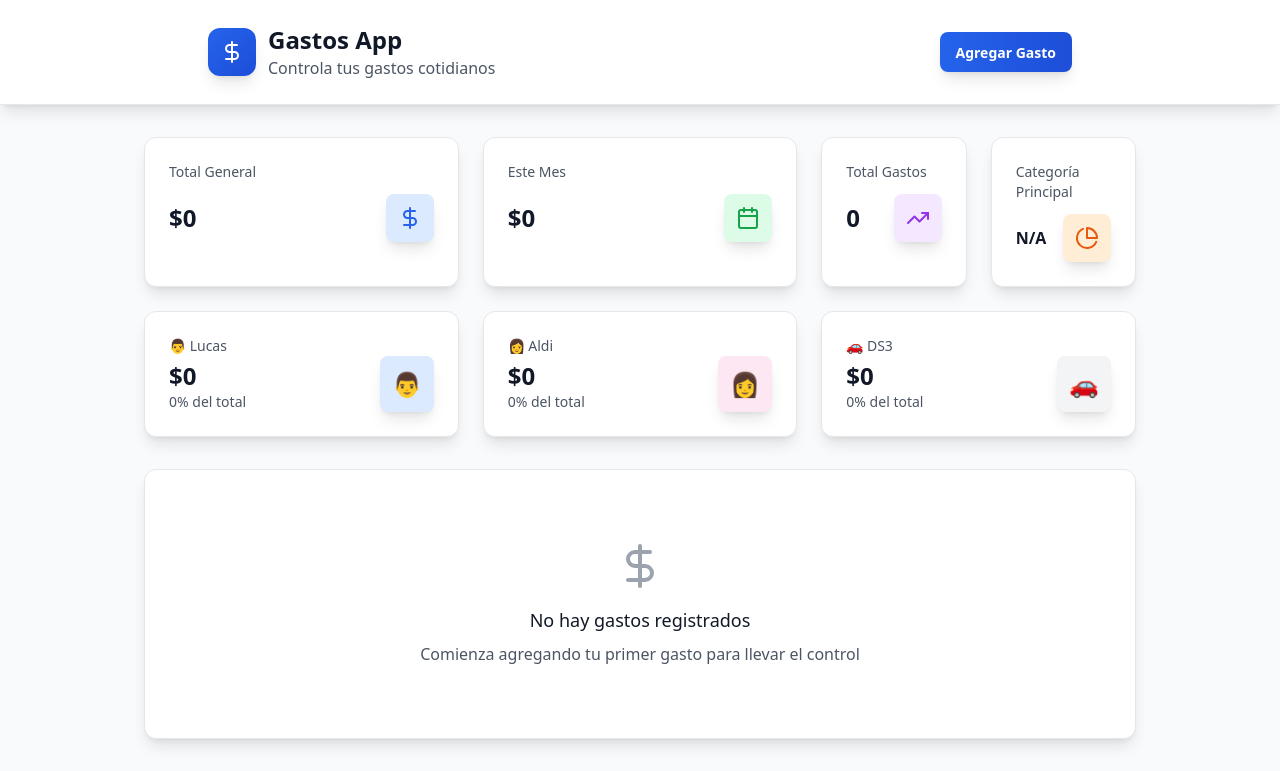
Repository: lucastenaglia/Gastosapp
Page: /
An editor plug-in stored every save of this project. The page is shown before and after the next save, followed by the edit.
The browser window is 1280 px wide. The pictures show the whole page.
The page's requests for data from a server got no answer. The project was rebuilt for these pictures with package versions that can differ from the ones it lists, and the page was loaded fresh each time. No one was signed in, and anything a server would have sent is missing. Also part of the build but not shown: vite.config.js, src/components/ExpenseForm.jsx.

Above is the page before, as saved 2025-08-13 18:55:31.

### index.html
<!DOCTYPE html>
<html lang="es">
  <head>
    <meta charset="UTF-8" />
    <link rel="icon" type="image/svg+xml" href="data:[embedded picture, 125 characters]" />
    <meta name="viewport" content="width=device-width, initial-scale=1.0" />
    <title>Gastos App - Control de Gastos Cotidianos</title>
  </head>
  <body>
    <div id="root"></div>
    <script type="module" src="/src/main.jsx"></script>
  </body>
</html>

### src/App.jsx
import { useState, useEffect } from 'react'
import Header from './components/Header'
import ExpenseForm from './components/ExpenseForm'
import ExpenseList from './components/ExpenseList'
import ExpenseSummary from './components/ExpenseSummary'
import { getExpenses, addExpense, updateExpense, deleteExpense } from './services/expenseService'

function App() {
  const [expenses, setExpenses] = useState([])
  const [isFormOpen, setIsFormOpen] = useState(false)
  const [loading, setLoading] = useState(true)
  const [error, setError] = useState(null)

  // Cargar gastos al iniciar la aplicación
  useEffect(() => {
    loadExpenses()
  }, [])

  // Cerrar modal con Escape
  useEffect(() => {
    const handleEscape = (e) => {
      if (e.key === 'Escape' && isFormOpen) {
        setIsFormOpen(false)
      }
    }

    if (isFormOpen) {
      document.addEventListener('keydown', handleEscape)
      // Bloquear el scroll del body
      document.body.style.overflow = 'hidden'
    }

    return () => {
      document.removeEventListener('keydown', handleEscape)
      // Restaurar el scroll del body
      document.body.style.overflow = 'unset'
    }
  }, [isFormOpen])

  const loadExpenses = async () => {
    try {
      setLoading(true)
      const data = await getExpenses()
      setExpenses(data)
      setError(null)
    } catch (err) {
      setError('Error al cargar los gastos')
      console.error(err)
    } finally {
      setLoading(false)
    }
  }

  const handleAddExpense = async (expense) => {
    try {
      const newExpense = await addExpense(expense)
      setExpenses([newExpense, ...expenses])
      setIsFormOpen(false)
    } catch (err) {
      setError('Error al agregar el gasto')
      console.error(err)
    }
  }

  const handleDeleteExpense = async (id) => {
    try {
      await deleteExpense(id)
      setExpenses(expenses.filter(expense => expense.id !== id))
    } catch (err) {
      setError('Error al eliminar el gasto')
      console.error(err)
    }
  }

  const handleEditExpense = async (id, updatedExpense) => {
    try {
      const updated = await updateExpense(id, updatedExpense)
      setExpenses(expenses.map(expense =>
        expense.id === id ? updated : expense
      ))
    } catch (err) {
      setError('Error al actualizar el gasto')
      console.error(err)
    }
  }

  return (
    <div className="min-h-screen bg-gray-50">
      <Header onAddExpense={() => setIsFormOpen(true)} />

      <main className="container mx-auto px-4 py-8 max-w-5xl">
        {error && (
          <div className="bg-red-100 border border-red-400 text-red-700 px-4 py-3 rounded mb-6">
            {error}
          </div>
        )}

        <ExpenseSummary expenses={expenses} />

        <div className="mt-8">
          <ExpenseList
            expenses={expenses}
            onDelete={handleDeleteExpense}
            onEdit={handleEditExpense}
            loading={loading}
          />
        </div>
      </main>

      {/* Modal Overlay */}
      {isFormOpen && (
        <div
          className="fixed inset-0 bg-black bg-opacity-50 flex items-center justify-center z-50 p-4 animate-in fade-in duration-200"
          onClick={() => setIsFormOpen(false)}
        >
          <div
            className="bg-white rounded-xl shadow-2xl max-w-md w-full mx-4 max-h-[90vh] overflow-y-auto animate-in zoom-in-95 duration-200"
            onClick={(e) => e.stopPropagation()}
          >
            <ExpenseForm
              onSubmit={handleAddExpense}
              onCancel={() => setIsFormOpen(false)}
            />
          </div>
        </div>
      )}
    </div>
  )
}

export default App

### src/index.css
@tailwind base;
@tailwind components;
@tailwind utilities;

@layer base {
  body {
    @apply bg-gray-50 text-gray-900;
  }
}

@layer components {
                .btn-primary {
                @apply bg-primary-600 hover:bg-primary-700 text-white font-medium py-2 px-4 rounded-lg transition-all duration-300 shadow-md hover:shadow-lg hover:-translate-y-0.5 transform;
              }

              .btn-secondary {
                @apply bg-gray-200 hover:bg-gray-300 text-gray-800 font-medium py-2 px-4 rounded-lg transition-all duration-300 shadow-md hover:shadow-lg hover:-translate-y-0.5 transform;
              }

                .input-field {
                @apply w-full px-3 py-2 border border-gray-300 rounded-lg focus:outline-none focus:ring-2 focus:ring-primary-500 focus:border-transparent shadow-sm focus:shadow-md transition-all duration-300;
              }

                            .card {
                @apply bg-white rounded-xl shadow-lg border border-gray-200 p-6 transform transition-all duration-300 hover:shadow-2xl hover:-translate-y-1;
              }

              .modal-enter {
                @apply opacity-0 scale-95;
              }

              .modal-enter-active {
                @apply opacity-100 scale-100 transition-all duration-200 ease-out;
              }

              .modal-exit {
                @apply opacity-100 scale-100;
              }

              .modal-exit-active {
                @apply opacity-0 scale-95 transition-all duration-200 ease-in;
              }
}

### src/components/Header.jsx
import { Plus, DollarSign } from 'lucide-react'

const Header = ({ onAddExpense }) => {
  return (
    <header className="bg-white shadow-lg border-b border-gray-200">
      <div className="container mx-auto px-4 py-6 max-w-4xl">
        <div className="flex items-center justify-between">
          <div className="flex items-center space-x-3">
            <div className="bg-gradient-to-br from-primary-600 to-primary-700 p-3 rounded-xl shadow-lg">
              <DollarSign className="h-6 w-6 text-white" />
            </div>
            <div>
              <h1 className="text-2xl font-bold text-gray-900">Gastos App</h1>
              <p className="text-gray-600">Controla tus gastos cotidianos</p>
            </div>
          </div>

          <button
            onClick={onAddExpense}
            className="bg-gradient-to-r from-primary-600 to-primary-700 active:from-primary-800 active:to-primary-900 text-white font-semibold py-2 px-4 rounded-lg shadow-lg hover:shadow-xl active:shadow-md active:translate-y-0.5 transition-all duration-200 border-0 focus:outline-none focus:ring-2 focus:ring-primary-300"
          >
            <span className="text-sm">Agregar Gasto</span>
          </button>
        </div>
      </div>
    </header>
  )
}

export default Header

### src/components/ExpenseSummary.jsx
import { TrendingUp, Calendar, DollarSign, PieChart } from 'lucide-react'

const ExpenseSummary = ({ expenses }) => {
  const totalExpenses = expenses.reduce((sum, expense) => sum + expense.amount, 0)

  const today = new Date()
  const thisMonth = today.getMonth()
  const thisYear = today.getFullYear()

  const monthlyExpenses = expenses.filter(expense => {
    const expenseDate = new Date(expense.date)
    return expenseDate.getMonth() === thisMonth && expenseDate.getFullYear() === thisYear
  })

  const monthlyTotal = monthlyExpenses.reduce((sum, expense) => sum + expense.amount, 0)

  const categoryTotals = expenses.reduce((acc, expense) => {
    acc[expense.category] = (acc[expense.category] || 0) + expense.amount
    return acc
  }, {})

  const topCategory = Object.entries(categoryTotals).sort(([,a], [,b]) => b - a)[0]

     // Estadísticas por persona
   const personTotals = expenses.reduce((acc, expense) => {
     // Si la categoría es "auto", asignar a "ds3", sino usar la persona seleccionada
     const person = expense.category === 'auto' ? 'ds3' : (expense.person || 'lucas')
     acc[person] = (acc[person] || 0) + expense.amount
     return acc
   }, {})

   const lucasTotal = personTotals.lucas || 0
   const aldiTotal = personTotals.aldi || 0
   const ds3Total = personTotals.ds3 || 0

  const formatCurrency = (amount) => {
    return `$${Math.round(amount).toLocaleString('en-US')}`
  }

  return (
    <div className="space-y-4 sm:space-y-6">
                  {/* Primera fila - Estadísticas generales */}
      <div className="grid grid-cols-2 lg:grid-cols-6 gap-3 sm:gap-6">
                 {/* Total General */}
          <div className="card relative p-4 sm:p-6 lg:col-span-2">
           <div className="space-y-3">
             <p className="text-xs sm:text-sm font-medium text-gray-600">Total General</p>
             <div className="flex items-center justify-between">
               <div className="flex-1">
                 <p className="text-lg sm:text-xl lg:text-2xl font-bold text-gray-900">
                   {formatCurrency(totalExpenses)}
                 </p>
               </div>
               <div className="bg-blue-100 p-2 sm:p-2.5 lg:p-3 rounded-lg shadow-lg ml-4">
                 <DollarSign className="h-4 w-4 sm:h-5 sm:w-5 lg:h-6 lg:w-6 text-blue-600" />
               </div>
             </div>
           </div>
         </div>

                                                                       {/* Gastos del Mes */}
           <div className="card relative p-4 sm:p-6 lg:col-span-2">
           <div className="space-y-3">
             <p className="text-xs sm:text-sm font-medium text-gray-600">Este Mes</p>
             <div className="flex items-center justify-between">
               <div className="flex-1">
                 <p className="text-lg sm:text-xl lg:text-2xl font-bold text-gray-900">
                   {formatCurrency(monthlyTotal)}
                 </p>
               </div>
               <div className="bg-green-100 p-2 sm:p-2.5 lg:p-3 rounded-lg shadow-lg ml-4">
                 <Calendar className="h-4 w-4 sm:h-5 sm:w-5 lg:h-6 lg:w-6 text-green-600" />
               </div>
             </div>
           </div>
         </div>

                                                                       {/* Total de Gastos */}
           <div className="card relative p-4 sm:p-6 lg:col-span-1">
           <div className="space-y-3">
             <p className="text-xs sm:text-sm font-medium text-gray-600">Total Gastos</p>
             <div className="flex items-center justify-between">
                 <div className="flex-1">
                  <p className="text-2xl sm:text-3xl lg:text-2xl font-bold text-gray-900">
                   {expenses.length}
                 </p>
               </div>
                                 <div className="bg-purple-100 p-2 sm:p-2.5 lg:p-3 rounded-lg shadow-lg ml-4">
                 <TrendingUp className="h-4 w-4 sm:h-5 sm:w-5 lg:h-6 lg:w-6 text-purple-600" />
               </div>
             </div>
           </div>
         </div>

                                   {/* Categoría Principal */}
         <div className="card relative p-4 sm:p-6 lg:col-span-1">
           <div className="space-y-3">
             <p className="text-xs sm:text-sm font-medium text-gray-600">Categoría Principal</p>
             <div className="flex items-center justify-between">
               <div className="flex-1">
                  <p className="text-base sm:text-lg lg:text-base font-semibold text-gray-900 capitalize">
                   {topCategory ? topCategory[0] : 'N/A'}
                 </p>
                 {topCategory && (
                   <p className="text-xs sm:text-sm text-gray-600">
                     {formatCurrency(topCategory[1])}
                   </p>
                 )}
               </div>
                                 <div className="bg-orange-100 p-2 sm:p-2.5 lg:p-3 rounded-lg shadow-lg ml-4">
                 <PieChart className="h-4 w-4 sm:h-5 sm:w-5 lg:h-6 lg:w-6 text-orange-600" />
               </div>
             </div>
           </div>
         </div>
      </div>

                    {/* Segunda fila - Estadísticas por persona */}
       <div className="grid grid-cols-1 sm:grid-cols-3 gap-3 sm:gap-6">
                 {/* Gastos de Lucas */}
         <div className="card relative p-4 sm:p-6">
           <div>
             <p className="text-xs sm:text-sm font-medium text-gray-600">👨 Lucas</p>
             <div className="flex items-end justify-between">
               <div>
                 <p className="text-lg sm:text-2xl font-bold text-gray-900">
                   {formatCurrency(lucasTotal)}
                 </p>
                 <p className="text-xs sm:text-sm text-gray-600">
                   {totalExpenses > 0 ? `${((lucasTotal / totalExpenses) * 100).toFixed(1)}%` : '0%'} del total
                 </p>
               </div>
               <div className="bg-blue-100 p-2 sm:p-3 rounded-lg shadow-lg">
                 <span className="text-lg sm:text-2xl">👨</span>
               </div>
             </div>
           </div>
         </div>

                 {/* Gastos de Aldi */}
         <div className="card relative p-4 sm:p-6">
           <div>
             <p className="text-xs sm:text-sm font-medium text-gray-600">👩 Aldi</p>
             <div className="flex items-end justify-between">
               <div>
                 <p className="text-lg sm:text-2xl font-bold text-gray-900">
                   {formatCurrency(aldiTotal)}
                 </p>
                 <p className="text-xs sm:text-sm text-gray-600">
                   {totalExpenses > 0 ? `${((aldiTotal / totalExpenses) * 100).toFixed(1)}%` : '0%'} del total
                 </p>
               </div>
               <div className="bg-pink-100 p-2 sm:p-3 rounded-lg shadow-lg">
                 <span className="text-lg sm:text-2xl">👩</span>
               </div>
             </div>
           </div>
         </div>

                 {/* Gastos de DS3 (Auto) */}
         <div className="card relative p-4 sm:p-6">
           <div>
             <p className="text-xs sm:text-sm font-medium text-gray-600">🚗 DS3</p>
             <div className="flex items-end justify-between">
               <div>
                 <p className="text-lg sm:text-2xl font-bold text-gray-900">
                   {formatCurrency(ds3Total)}
                 </p>
                 <p className="text-xs sm:text-sm text-gray-600">
                   {totalExpenses > 0 ? `${((ds3Total / totalExpenses) * 100).toFixed(1)}%` : '0%'} del total
                 </p>
               </div>
               <div className="bg-gray-100 p-2 sm:p-3 rounded-lg shadow-lg">
                 <span className="text-lg sm:text-2xl">🚗</span>
               </div>
             </div>
           </div>
         </div>
       </div>
    </div>
  )
}

export default ExpenseSummary

Loaded but not shown: src/main.jsx (common file); src/services/expenseService.js (78 lines, source omitted); src/lib/supabase.js (7 lines, source omitted); tailwind.config.js (20 lines, source omitted); src/components/ExpenseList.jsx (236 lines, source omitted)

After the next save:
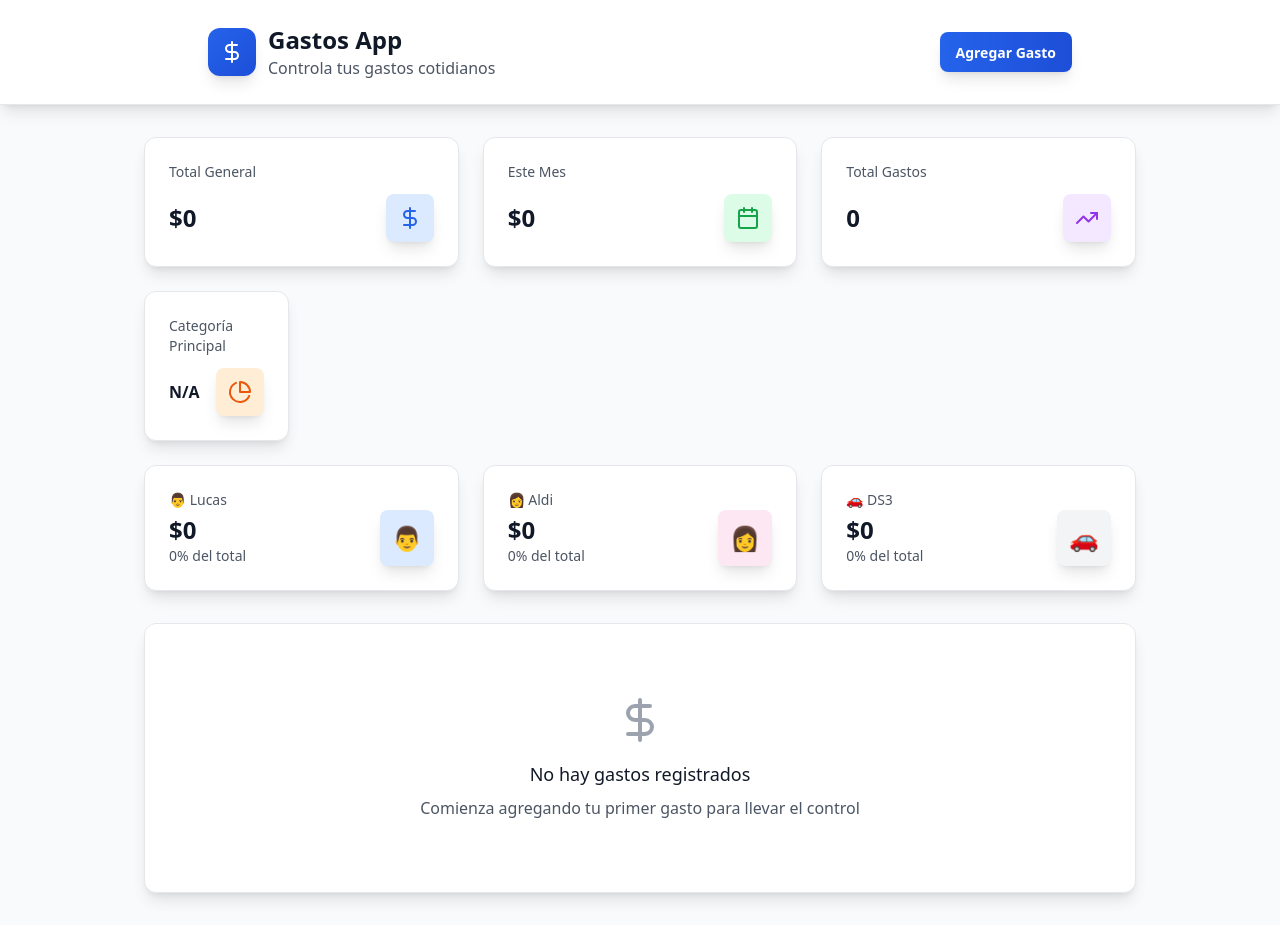
Saved 29 s later.
--- a/src/components/ExpenseSummary.jsx
+++ b/src/components/ExpenseSummary.jsx
@@ -76,7 +76,7 @@ const ExpenseSummary = ({ expenses }) => {
          </div>
 
                                                                        {/* Total de Gastos */}
-           <div className="card relative p-4 sm:p-6 lg:col-span-1">
+           <div className="card relative p-4 sm:p-6 lg:col-span-2">
            <div className="space-y-3">
              <p className="text-xs sm:text-sm font-medium text-gray-600">Total Gastos</p>
              <div className="flex items-center justify-between">
